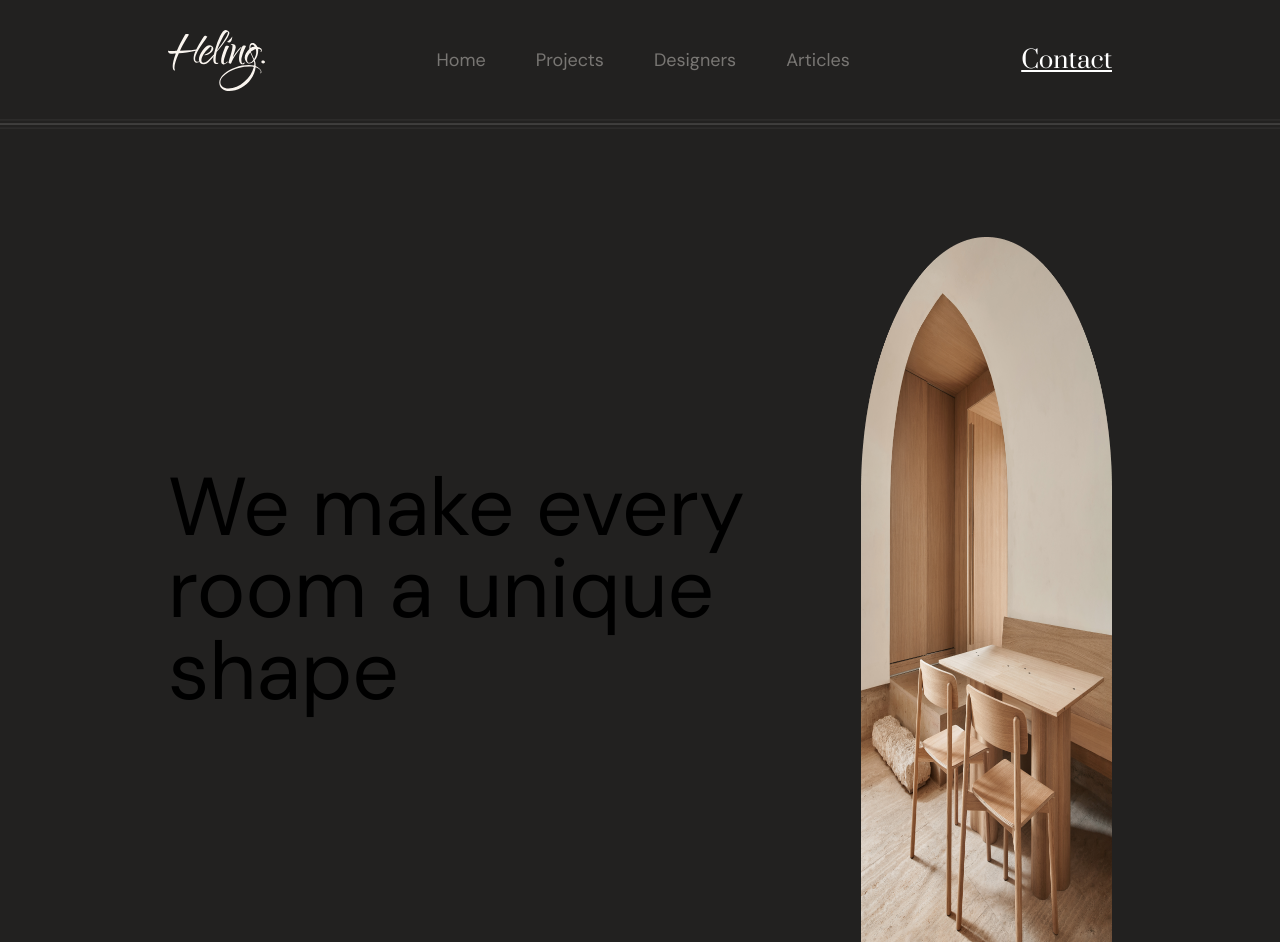
Repository: vandangnhathung/healingui_website
Page: /
The author's editor kept a copy of each file at every save. The page is drawn from the files as they stood at one save, then again after a run of saves.
The browser window is 1280 px wide. The pictures show the whole page.
The project was rebuilt for these pictures with package versions that can differ from the ones it lists, and the page was loaded fresh each time. Also part of the build but not shown: src/App.css.

Above is the page before, as saved 2022-03-16 12:58:53.

### src/App.js
import "./App.css";
import Container from "./components/Container/Container";
import Header from "./components/Header/Header";
function App() {
  return (
    <div>
      <Header></Header>
      <Container></Container>
    </div>
  );
}

export default App;

### src/components/Container/Container.js
import React from "react";
import styled from "styled-components";
import Image1 from "../../Images/Image1.png";
const Container = () => {
  const StyledContainer = styled.div`
    background-color: #222120;
    @import url("https://fonts.googleapis.com/css2?family=DM+Sans:wght@400;500;700&display=swap");
    font-family: "DM Sans", sans-serif;
    @import url("https://fonts.googleapis.com/css2?family=Prata&display=swap");
  `;
  const Container = styled.div`
    padding: 108px 168px 0;
    display: flex;
    align-items: center;
    justify-content: space-between;
  `;
  const Slogan = styled.h2`
    letter-spacing: -2%;
    font-size: 82px;
    line-height: 1;
  `;
  const Image1Div = styled.img`
    width: 505px;
    height: 705px;
  `;
  return (
    <StyledContainer>
      <Container>
        <div>
          <Slogan>We make every room a unique shape</Slogan>
        </div>
        <div>
          <Image1Div src={Image1} alt="" />
        </div>
      </Container>
    </StyledContainer>
  );
};

export default Container;

### src/components/Header/Header.js
import React from "react";
import styled from "styled-components";
import headerLine from "../../Images/header-line.png";
const Header = () => {
  const StyledHeader = styled.div`
    background-color: #222120;
    @import url("https://fonts.googleapis.com/css2?family=DM+Sans:wght@400;500;700&display=swap");
    font-family: "DM Sans", sans-serif;
    @import url("https://fonts.googleapis.com/css2?family=Prata&display=swap");
  `;
  const Header = styled.div`
    display: flex;
    justify-content: space-between;
    align-items: center;
    padding: 30px 168px 28px;
  `;
  const ListNav = styled.ul`
    color: #faf5ef;
    opacity: 0.4;
    font-weight: 400;
    font-size: 18px;
    line-height: 0.6;
    display: flex;
    align-items: center;
    list-style: none;
    gap: 0 50px;
  `;
  const ItemNav = styled.li`
    cursor: pointer;
  `;
  const ContactDiv = styled.h3`
    font-family: "Prata", serif;
  `;
  return (
    <StyledHeader>
      <Header>
        <div>
          <svg
            width="97"
            height="61"
            viewBox="0 0 97 61"
            fill="none"
            xmlns="http://www.w3.org/2000/svg"
          >
            <path
              d="M0.241098 20.6943L1.38631 20.9951C5.56534 20.9951 8.05669 20.9349 8.86035 20.8146C11.1106 15.6009 13.8832 10.1667 17.1782 4.51183C17.4595 4.23109 18.1426 4.09073 19.2276 4.09073C20.3125 4.09073 20.855 4.35141 20.855 4.87278L17.9618 9.50493C15.5508 13.5957 13.5618 17.3254 11.9946 20.6943L21.9399 20.213C23.4267 20.1328 25.5162 19.8922 28.2085 19.4911C29.856 16.2827 31.6039 13.2147 33.4523 10.287C35.3008 7.3192 36.4661 5.8353 36.9483 5.8353C37.4305 5.8353 37.9327 5.95562 38.4551 6.19625C39.0177 6.39678 39.299 6.61736 39.299 6.85799C38.8569 7.45956 38.3547 8.14135 37.7921 8.90335C37.2697 9.66535 36.7272 10.4274 36.1647 11.1893C30.1372 19.2104 27.1235 25.1861 27.1235 29.1164C27.1235 30.9211 27.8468 31.8235 29.2934 31.8235L31.3427 31.5227C31.4633 31.5227 31.5236 31.5628 31.5236 31.643C31.5236 31.8435 31.1619 32.0641 30.4386 32.3047C29.7153 32.5855 29.1528 32.7258 28.7509 32.7258C27.8267 32.7258 27.0632 32.3248 26.4605 31.5227C25.8979 30.7206 25.6167 29.7179 25.6167 28.5148C25.6167 26.2288 26.2998 23.6621 27.666 20.8146C21.1563 22.3787 15.5508 23.1607 10.8494 23.1607C7.91605 29.6177 6.44937 34.4303 6.44937 37.5986C6.44937 38.5611 6.56992 39.263 6.81102 39.7041C7.05211 40.1453 7.17266 40.406 7.17266 40.4862C7.17266 40.5664 7.07221 40.6065 6.87129 40.6065C5.4247 40.6065 4.70141 39.1026 4.70141 36.0947C4.70141 33.0868 5.74617 28.8757 7.83568 23.4615C5.50507 23.622 3.87766 23.7022 2.95345 23.7022C0.984483 23.7022 0 22.7597 0 20.8748C0 20.7544 0.0803659 20.6943 0.241098 20.6943Z"
              fill="#FAF5EF"
            />
            <path
              d="M46.2833 24.1834C46.5244 24.1834 46.6449 24.2837 46.6449 24.4842C46.6449 24.6446 46.6047 24.8051 46.5244 24.9655C42.3052 31.1016 38.8092 34.1696 36.0366 34.1696C32.6211 34.1696 30.9133 32.5855 30.9133 29.4172C30.9133 26.9707 32.1188 24.003 34.5297 20.5138C36.9809 17.0247 39.3517 15.2801 41.6421 15.2801C42.6065 15.2801 43.4504 15.6009 44.1737 16.2426C44.9371 16.8442 45.3189 17.5861 45.3189 18.4684C45.3189 19.9924 44.3746 21.4964 42.486 22.9803C40.5974 24.4642 38.7691 25.2061 37.001 25.2061C36.6394 25.2061 36.4585 25.1259 36.4585 24.9655L36.6394 24.6647C41.2604 23.2209 43.5709 20.8547 43.5709 17.5661C43.5709 17.0848 43.4102 16.8442 43.0887 16.8442C42.6065 16.8442 41.8029 17.3054 40.6777 18.2278C38.7088 19.832 37.001 21.8373 35.5544 24.2436C34.1078 26.6499 33.3845 28.6752 33.3845 30.3195C33.3845 31.9638 34.0074 32.786 35.253 32.786C36.6594 32.786 38.2467 32.044 40.0147 30.5602C41.1398 29.5174 42.4458 28.1939 43.9326 26.5897C45.4595 24.9855 46.2431 24.1834 46.2833 24.1834Z"
              fill="#FAF5EF"
            />
            <path
              d="M49.0196 33.0868L49.984 32.786C50.1849 32.786 50.2854 32.8863 50.2854 33.0868C50.2854 33.7285 49.5822 34.0493 48.1758 34.0493C46.247 34.0493 45.2826 32.4451 45.2826 29.2367C45.2826 27.1111 45.9255 23.7423 47.2114 19.1302C48.4973 14.478 50.1247 10.1266 52.0936 6.07593C54.0626 2.02531 55.8307 0 57.3978 0C58.2818 0 59.1658 0.300787 60.0499 0.902364C60.9339 1.46384 61.3759 2.08547 61.3759 2.76726C61.3759 5.65483 57.1165 12.0717 48.5977 22.0177C47.9146 24.9855 47.573 27.5723 47.573 29.7781C47.573 31.9839 48.0552 33.0868 49.0196 33.0868ZM59.9293 2.58678C59.9293 2.10552 59.7887 1.86489 59.5074 1.86489C58.3019 1.86489 56.5539 4.01052 54.2635 8.30177C51.9731 12.5529 50.2251 16.6035 49.0196 20.4536C56.2928 10.9487 59.9293 4.9931 59.9293 2.58678Z"
              fill="#FAF5EF"
            />
            <path
              d="M64.165 6.73767C64.2454 6.73767 64.2856 6.83793 64.2856 7.03846L63.9842 8.78304C63.3814 11.2696 62.4572 12.5128 61.2116 12.5128C60.2873 12.5128 59.5641 12.2722 59.0417 11.7909C60.5686 10.7482 62.2764 9.06377 64.165 6.73767ZM61.0307 16.6035C59.7851 18.7291 58.5997 21.4362 57.4745 24.7248C56.3494 27.9734 55.7869 30.2193 55.7869 31.4625C55.7869 32.7058 56.048 33.3274 56.5704 33.3274C56.9321 33.3274 57.3942 33.1068 57.9567 32.6657C58.5193 32.2245 58.8609 31.9438 58.9814 31.8235C59.102 31.7032 59.2426 31.5828 59.4033 31.4625C59.5641 31.4625 59.6444 31.5427 59.6444 31.7032C59.6444 32.1844 59.0618 32.7459 57.8965 33.3876C56.7713 34.0694 55.9476 34.4103 55.4252 34.4103C53.8983 34.4103 53.1348 33.3074 53.1348 31.1016C53.1348 27.8129 54.3403 23.4214 56.7512 17.927C56.7512 17.7666 56.8517 17.4658 57.0526 17.0247C57.2937 16.5835 57.4745 16.3028 57.5951 16.1824C57.8764 15.9017 58.2581 15.7613 58.7403 15.7613C60.1467 15.7613 60.9102 16.0421 61.0307 16.6035Z"
              fill="#FAF5EF"
            />
            <path
              d="M78.0084 16.3629C78.0084 16.2025 77.9079 16.3028 77.707 16.6637C76.5819 18.7091 75.5773 21.1755 74.6933 24.0631C73.8092 26.9507 73.3672 28.8356 73.3672 29.7179C73.3672 32.1644 73.8092 33.3876 74.6933 33.3876C74.9745 33.3876 75.3362 33.187 75.7782 32.786C76.2604 32.425 76.4613 32.2446 76.381 32.2446C76.5015 32.2446 76.5618 32.405 76.5618 32.7258C76.5618 33.7686 75.959 34.2899 74.7535 34.2899C73.548 34.2899 72.6238 33.7485 71.9809 32.6657C71.338 31.6229 71.0165 30.119 71.0165 28.1538C71.0165 26.1887 71.5389 23.6019 72.5837 20.3935C73.6284 17.145 74.633 15.5207 75.5974 15.5207H75.8988C77.3052 15.5207 78.0084 15.8014 78.0084 16.3629ZM73.307 16.9645C73.3471 17.0046 73.3672 17.0848 73.3672 17.2051C73.3672 17.2853 73.2065 17.526 72.885 17.927C68.5453 23.1808 65.5315 27.6726 63.8439 31.4024L63.3014 32.9665C63.0603 33.4076 62.7589 33.6282 62.3973 33.6282C62.0356 33.6282 61.6338 33.5279 61.1918 33.3274C60.7498 33.1269 60.5288 32.8863 60.5288 32.6055C60.5288 31.9237 61.1918 29.5174 62.5178 25.3866C63.8439 21.2156 64.5069 18.0874 64.5069 16.002C64.5069 15.4405 64.3662 15.0996 64.085 14.9793C63.8037 14.859 63.5224 14.8189 63.2411 14.859C62.9598 14.859 62.8192 14.7587 62.8192 14.5582C62.8192 14.1972 63.1206 14.0168 63.7233 14.0168C66.4156 14.0168 67.7617 15.1197 67.7617 17.3254C67.7617 18.1676 66.7973 21.4362 64.8685 27.1312C66.6366 24.3639 68.3444 21.9776 69.9919 19.9724C71.6394 17.9671 72.7444 16.9645 73.307 16.9645Z"
              fill="#FAF5EF"
            />
            <path
              d="M86.7293 30.3797C87.3321 31.5026 87.6334 33.0066 87.6334 34.8915C87.6334 35.2926 87.6134 35.6736 87.5732 36.0345C89.2207 36.7163 90.5869 37.5986 91.6718 38.6815C92.797 39.7643 93.3595 40.787 93.3595 41.7495C93.3595 42.7521 93.1184 43.2534 92.6362 43.2534C92.5157 43.2534 92.4152 43.1331 92.3349 42.8925C92.6563 42.4513 92.817 42.0302 92.817 41.6292C92.817 40.787 92.2746 39.9448 91.1896 39.1026C90.1047 38.2604 88.9193 37.6387 87.6334 37.2377C87.1512 41.3685 85.6042 45.2587 82.9923 48.9083C80.4206 52.598 77.1658 55.5256 73.2278 57.6913C69.2899 59.8971 65.2515 61 61.1127 61C58.2999 61 55.9692 60.2179 54.1208 58.6538C52.2322 57.0897 51.2879 54.9241 51.2879 52.1568C51.2879 49.4296 52.835 46.6824 55.9291 43.9152C59.0232 41.188 62.8606 39.0223 67.4415 37.4181C71.9822 35.8139 76.4425 35.0118 80.8224 35.0118C82.8718 35.0118 84.6197 35.1923 86.0663 35.5533C86.227 35.072 86.3074 34.6308 86.3074 34.2298C86.3074 32.8662 86.1467 31.9037 85.8252 31.3422C84.2581 32.786 82.8316 33.5079 81.5457 33.5079C80.2599 33.5079 79.1347 32.8863 78.1704 31.643C77.206 30.3997 76.7238 29.0763 76.7238 27.6726C76.7238 24.8652 78.2708 21.9576 81.3649 18.9497C81.3649 16.6637 81.606 15.1197 82.0882 14.3176C82.6106 13.5154 83.5549 13.1144 84.9211 13.1144C86.3275 13.1144 87.8545 14.4379 89.502 17.0848C92.3951 17.6062 93.8417 18.669 93.8417 20.2732C93.8417 20.6341 93.7212 21.0151 93.4801 21.4162C93.2792 21.7771 93.0581 21.9576 92.817 21.9576C92.5759 21.9576 92.4554 21.8774 92.4554 21.717C92.8572 21.4362 93.0581 21.1154 93.0581 20.7544C93.0581 19.5513 92.0938 18.9497 90.165 18.9497C90.2052 19.2705 90.2253 19.6916 90.2253 20.213C90.2253 24.0631 89.0599 27.452 86.7293 30.3797ZM86.6691 16.784C86.1065 15.4605 85.2627 14.7988 84.1375 14.7988C83.0124 14.7988 82.4498 15.8817 82.4498 18.0473V18.1075C83.7759 17.2252 85.0216 16.784 86.1869 16.784H86.6691ZM88.2362 22.0177C88.2362 20.8948 88.0554 19.8922 87.6937 19.0099C87.0106 19.2505 86.0261 19.7117 84.7403 20.3935C83.4946 21.0352 82.8718 21.4964 82.8718 21.7771C82.8718 22.098 83.9366 24.4842 86.0663 28.9359C87.5129 26.8504 88.2362 24.5444 88.2362 22.0177ZM79.0745 29.6578C79.0745 31.7433 79.8781 32.786 81.4854 32.786C82.8918 32.786 84.2179 31.8034 85.4636 29.8383L82.3293 22.3787C81.4854 23.2209 80.722 24.3639 80.0389 25.8077C79.3959 27.2515 79.0745 28.5348 79.0745 29.6578ZM81.8471 36.5759C78.0297 36.5759 74.2726 37.0572 70.5758 38.0197C66.8789 39.0224 63.7246 40.2656 61.1127 41.7495C58.5008 43.2735 56.3912 44.9379 54.7838 46.7426C53.1765 48.5473 52.3729 50.3721 52.3729 52.217C52.3729 54.1019 53.0962 55.6058 54.5428 56.7288C55.9492 57.8918 57.9382 58.4734 60.5099 58.4734C66.0552 58.4734 71.3192 56.2676 76.3018 51.856C81.2443 47.4845 84.4188 42.4914 85.8252 36.8767C84.8608 36.6762 83.5348 36.5759 81.8471 36.5759Z"
              fill="#FAF5EF"
            />
            <path
              d="M95.1315 30.5C95.6137 30.5 96.0356 30.6604 96.3973 30.9813C96.7991 31.262 97 31.5828 97 31.9438C97 32.3448 96.7991 32.6857 96.3973 32.9665C96.0356 33.2472 95.674 33.3876 95.3123 33.3876C94.0265 33.3876 93.3835 32.8462 93.3835 31.7633C93.3835 30.9211 93.9662 30.5 95.1315 30.5Z"
              fill="#FAF5EF"
            />
          </svg>
        </div>
        <ListNav>
          <ItemNav>Home</ItemNav>
          <ItemNav>Projects</ItemNav>
          <ItemNav>Designers</ItemNav>
          <ItemNav>Articles</ItemNav>
        </ListNav>
        <ContactDiv className="text-2xl leading-7 text-white underline">
          Contact
        </ContactDiv>
      </Header>
      <img src={headerLine} alt="" />
    </StyledHeader>
  );
};

export default Header;

Loaded but not shown: public/index.html (common file); src/index.js (common file); src/index.css (common file); src/reportWebVitals.js (common file); tailwind.config.js (common file)

After the next 2 saves:
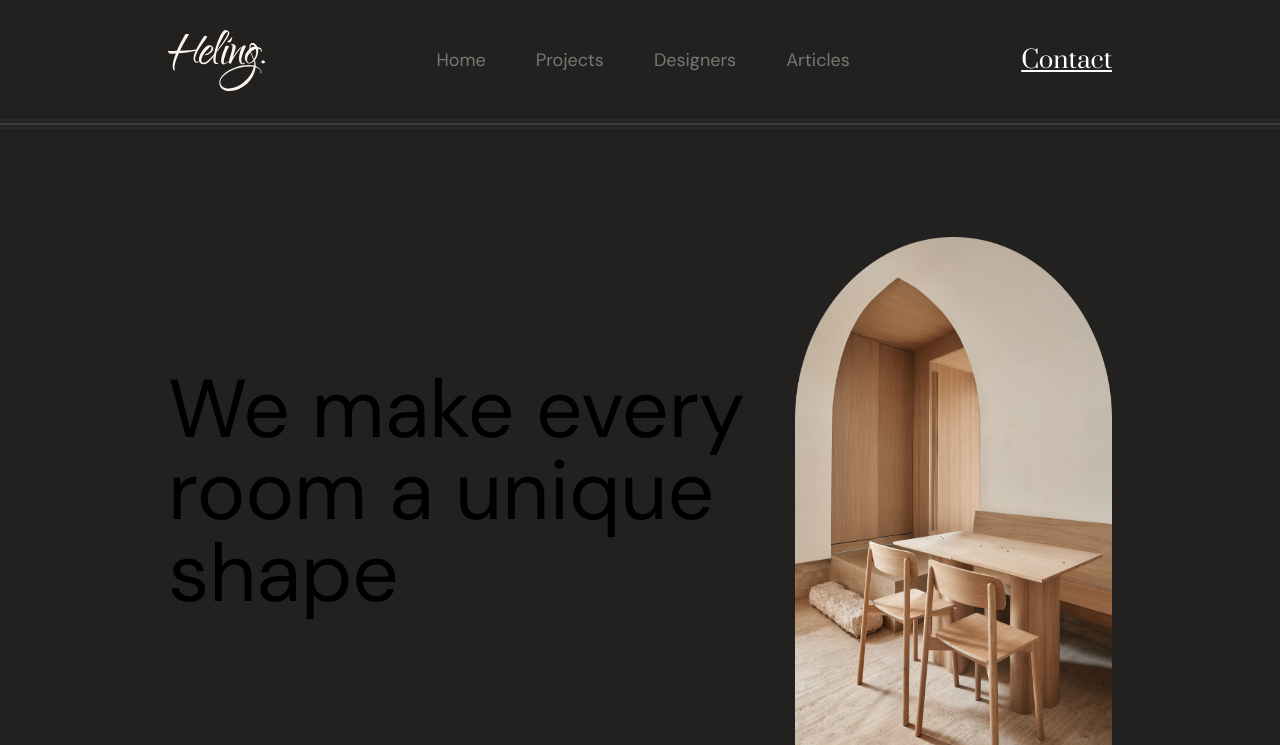
The 2 saves are shown as one change because they came seconds apart.
The last was saved 13 s later.
--- a/src/components/Container/Container.js
+++ b/src/components/Container/Container.js
@@ -20,8 +20,8 @@ const Container = () => {
     line-height: 1;
   `;
   const Image1Div = styled.img`
-    width: 505px;
-    height: 705px;
+    width: 705px;
+    height: 508px;
   `;
   return (
     <StyledContainer>
